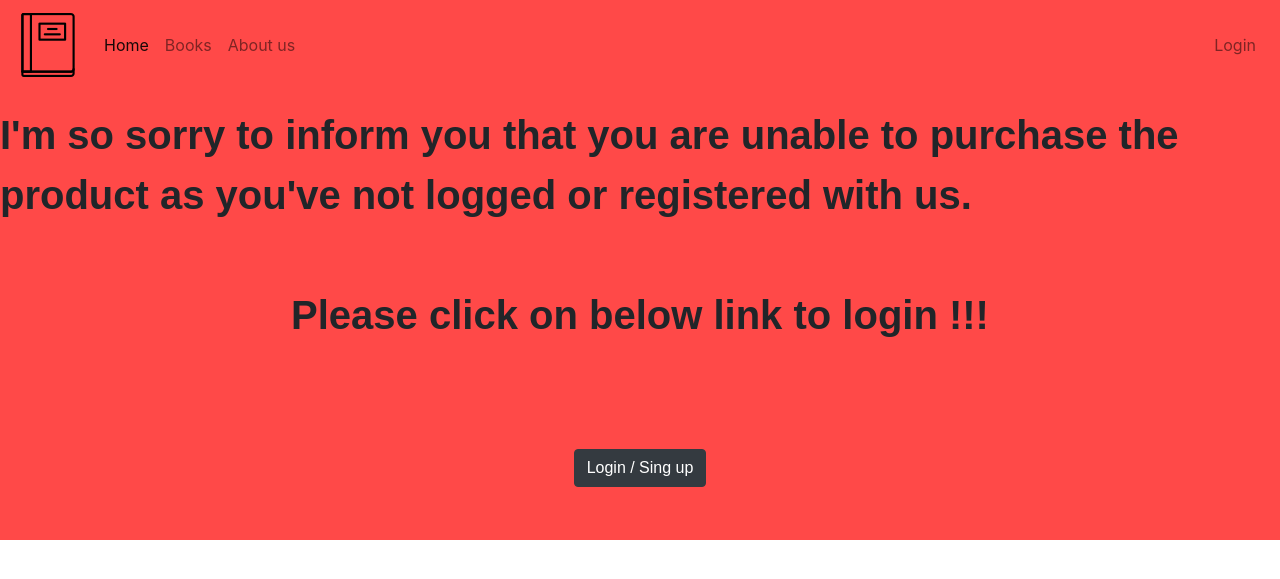
Repository: abhishekgandhi2398/BookStore
Page: http://localhost/BookStore/usernotlogin.jsp
The author's editor kept a copy of each file at every save. The page is drawn from the files as they stood at one save, then again after the next save.
The browser window is 1280 px wide. The pictures show the whole page.
The page is served by Tomcat 9.

Above is the page before, as saved 2019-12-07 08:27:44.
Console error (its wording comes from the project's code and is left out).

After the next save:
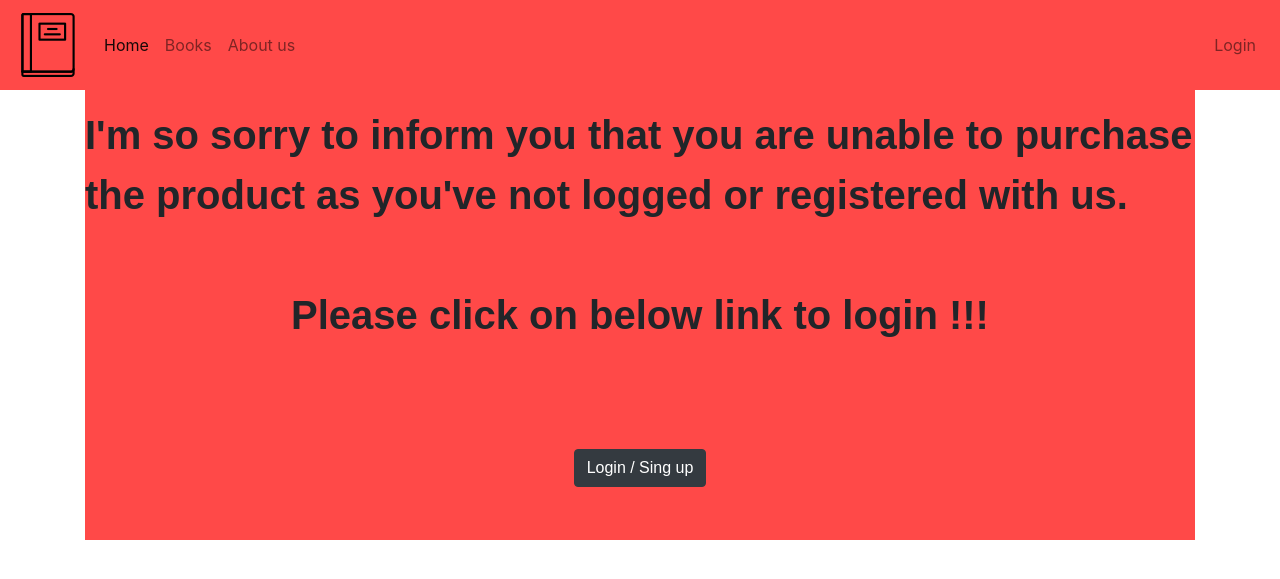
Saved 27 s later.
--- a/ProjectJava/BookStore/WebContent/usernotlogin.jsp
+++ b/ProjectJava/BookStore/WebContent/usernotlogin.jsp
@@ -72,7 +72,7 @@ else
 
 
 
-
+<div class=container>
 <div style="background-color: #FF4948; height: 150px; width: 100%;" class="d-flex justify-content-center  align-items-center">
 
 		<b style="font-family: sans-serif; font-size: 30pt;">I'm so sorry to inform you that you are unable to purchase the product as you've not logged or registered with us.</b>
@@ -92,7 +92,7 @@ else
 
 
 
-
+</div>
 
 </body>
 </html>
